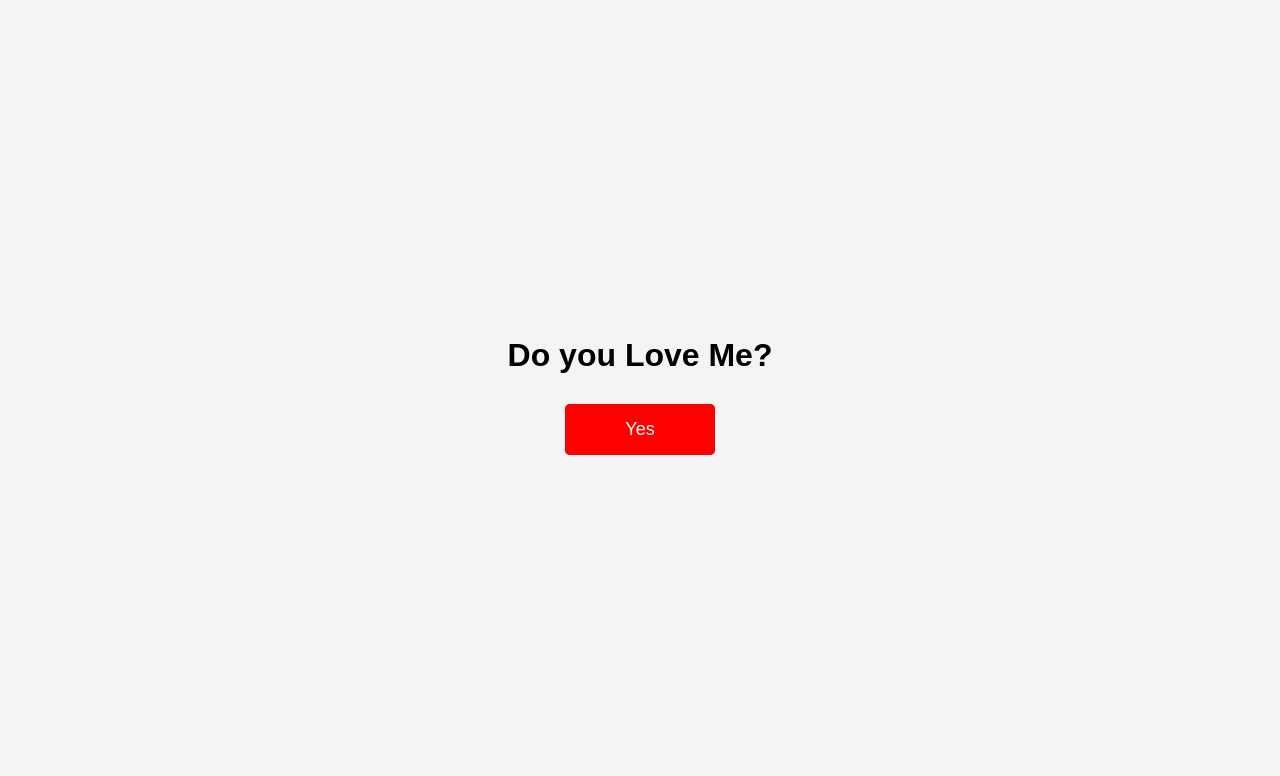
Repository: JishuChouhan/MyCode
Page: yes.html
An editor plug-in stored every save of this project. The page is shown before and after the next save, followed by the edit.
The browser window is 1280 px wide. The pictures show the whole page.

Above is the page before, as saved 2025-02-17 18:09:05.

After the next save:
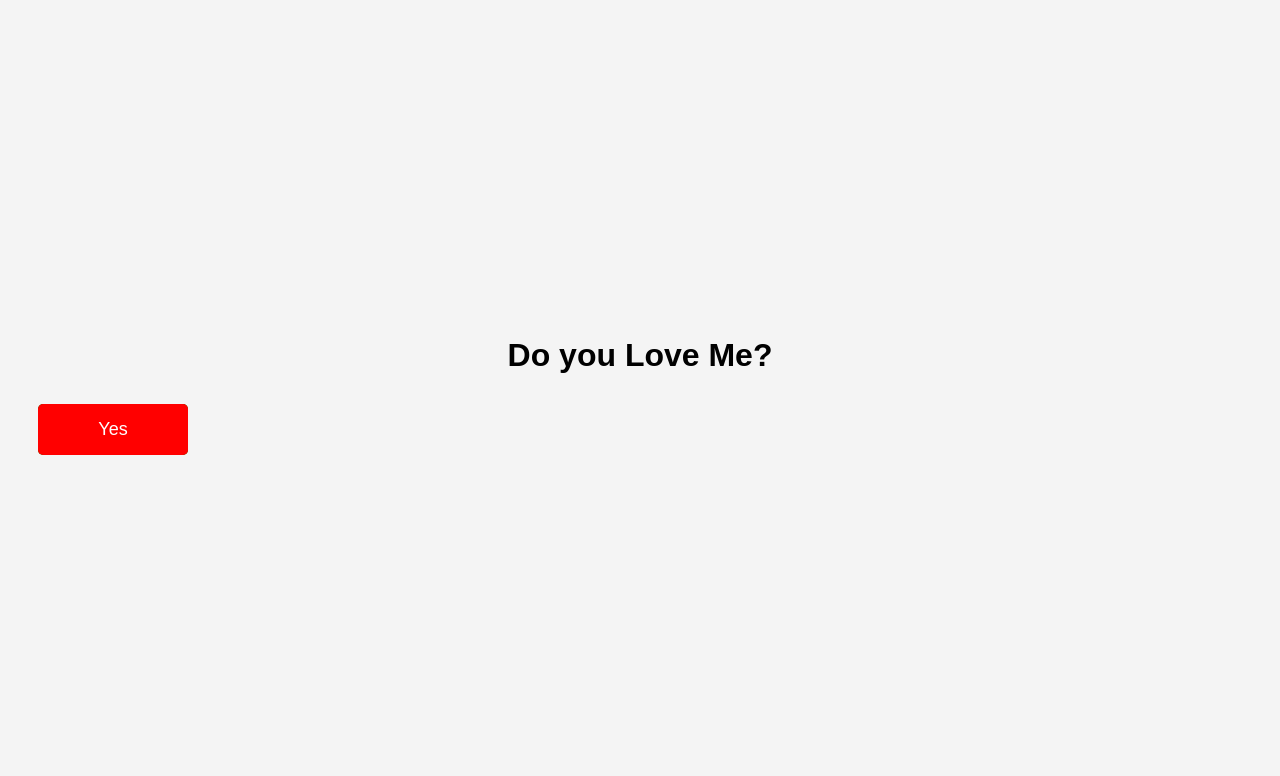
Saved 36 s later.
--- a/yes.html
+++ b/yes.html
@@ -23,10 +23,10 @@
         }
 
         .btn-container {
-            /* position: relative; */
+            position: relative;
             display: flex;
-            justify-content: space-around;
-            flex-direction: column;
+            justify-content: space-between;
+            /* flex-direction: column; */
             align-items: center;
             width: 100%;
         }

After the save that followed:
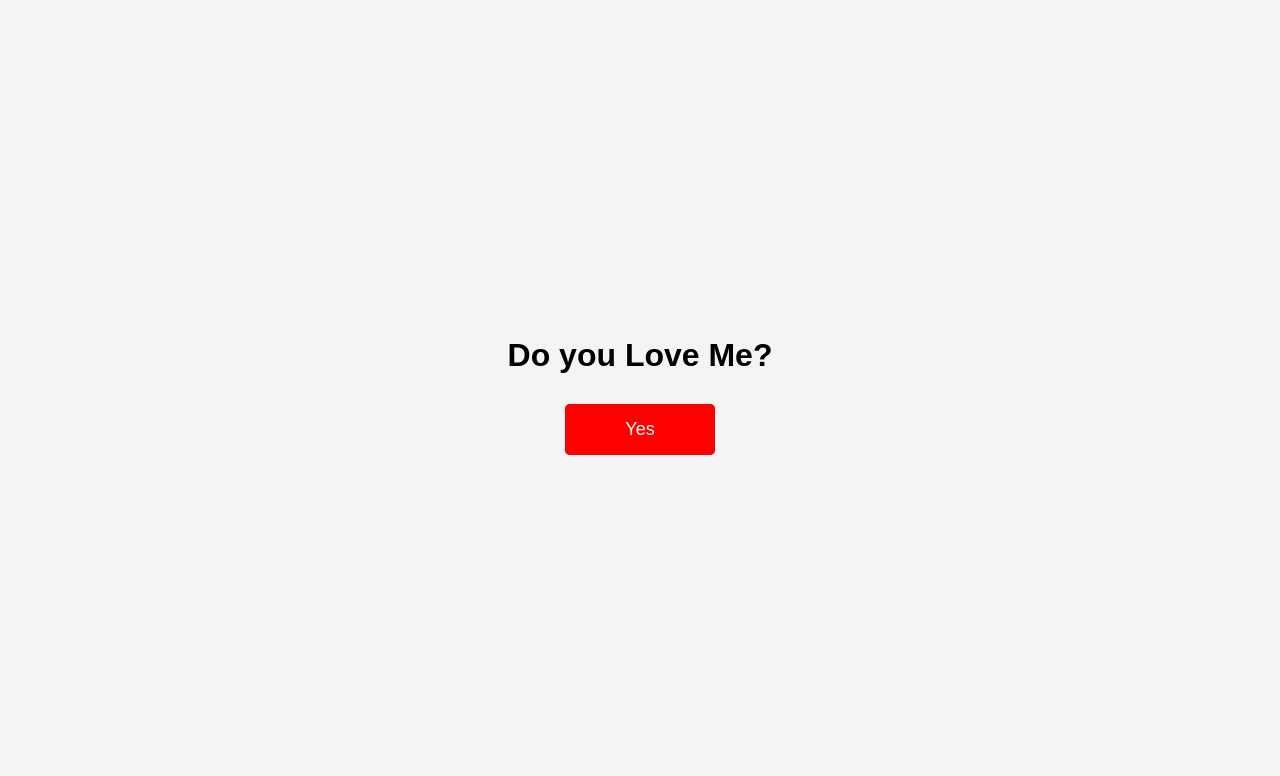
Saved 10 s later.
--- a/yes.html
+++ b/yes.html
@@ -26,7 +26,7 @@
             position: relative;
             display: flex;
             justify-content: space-between;
-            /* flex-direction: column; */
+            flex-direction: column;
             align-items: center;
             width: 100%;
         }
